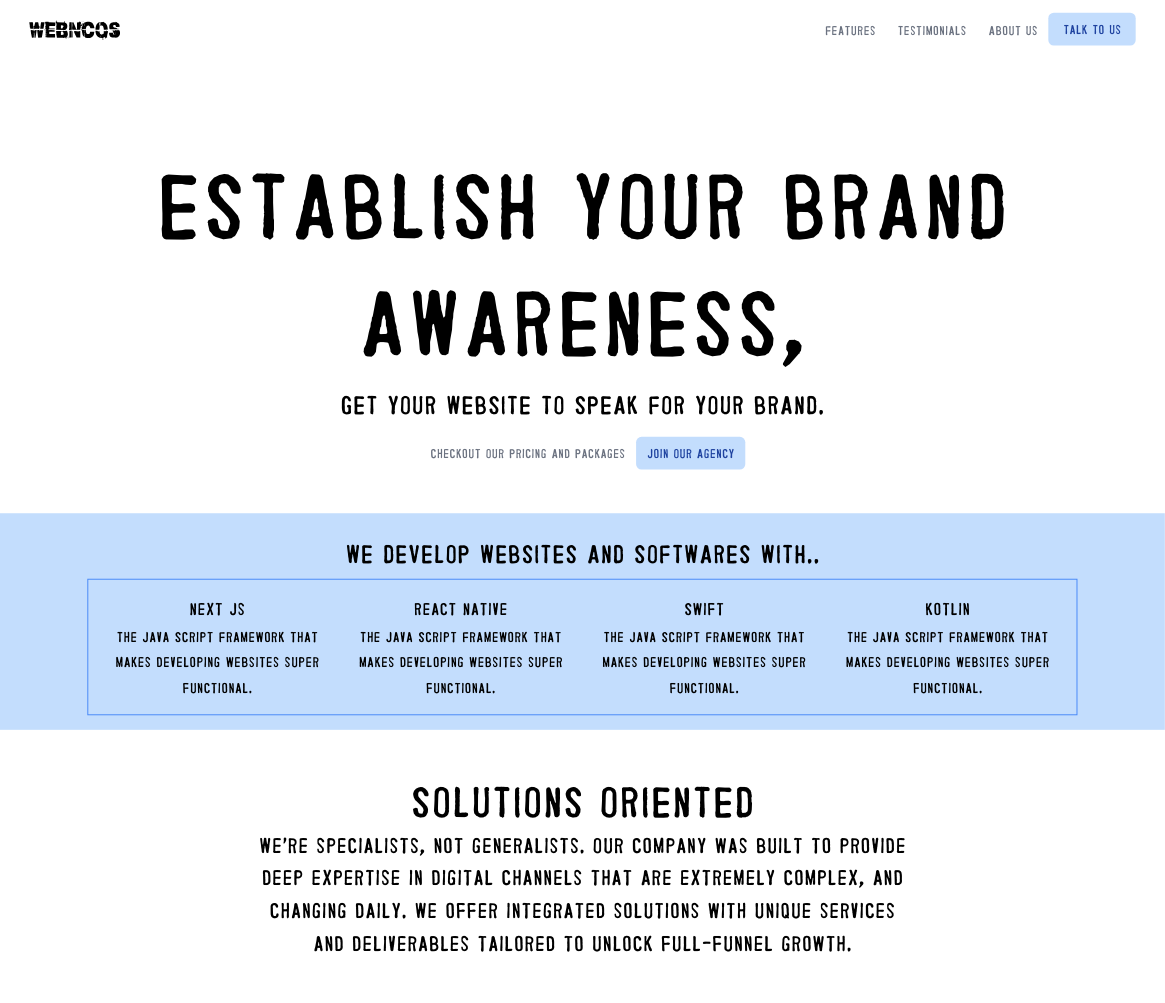
Repository: 1realjulius/webncos
Page: /
These files come from the project's save history. The page is drawn as it stood at one moment and after the next save; the edit follows.
The browser window is 1280 px wide. The pictures show the whole page, at 91% of full size.
The project was rebuilt for these pictures with package versions that can differ from the ones it lists, and the page was loaded fresh each time. The framework's server and built-in components were replaced by stand-ins that run in the browser. Also part of the build but not shown: next.config.js.

Above is the page before, as saved 2022-09-02 08:49:51.

### pages/index.tsx
import type { NextPage } from "next";
import Head from "next/head";
import ComingSoon from "../components/ComingSoon";
import MainHome from "../components/MainHome";
import NavigationBar from "../components/NavigationBar";

const Home: NextPage = () => {
  return (
    <div className="flex min-h-screen flex-col font-parcel">
      <Head>
        <title>Webncos</title>
        <meta
          name="description"
          content="Website and Software Development Agency."
        />
        <meta property="og:type" content="website" />
        <meta property="og:url" content="https://www.webncos.com/" />
        <meta
          property="og:title"
          content="Webncos — Website and Software Development Agency."
        />
        <meta
          property="og:description"
          content="Website and Software Development Agency."
        />
        {/* <meta property="og:image" content="/Assets/newmemoji.svg"/> */}
        {/* <meta property="twitter:card" content="/Assets/Julius_Eghan.jpg"/> */}
        <meta property="twitter:url" content="https://www.webncos.com/" />
        <meta
          property="twitter:title"
          content="Webncos — Website and Software Development Agency."
        />
        <meta
          property="twitter:description"
          content="Website and Software Development Agency."
        />
        {/* <meta property="twitter:image" content="/Assets/Julius_Eghan.jpg"/> */}
        <link rel="icon" href="/favicon.ico" />
        <link
          rel="apple-touch-icon"
          sizes="180x180"
          href="/apple-touch-icon.png"
        />
        <link
          rel="icon"
          type="image/png"
          sizes="32x32"
          href="/favicon-32x32.png"
        />
        <link
          rel="icon"
          type="image/png"
          sizes="16x16"
          href="/favicon-16x16.png"
        />
        <link rel="manifest" href="/site.webmanifest" />
        {/* <meta name="google-site-verification" content="0HesePHVymRqGiL70HUKPIq0Zsap0uUIb_Ci0DpImRY" /> */}
        <meta
          name="theme-color"
          content="#2563eb"
          media="(prefers-color-scheme: light)"
        />
        <meta
          name="theme-color"
          content="#2563eb"
          media="(prefers-color-scheme: dark)"
        />
      </Head>
      <NavigationBar />
      <MainHome />
    </div>
  );
};

export default Home;

### styles/globals.css
@tailwind base;
@tailwind components;
@tailwind utilities;

@layer base{
      @font-face{
        font-family: 'ApercuBold';
        src: url("/Fonts/ApercuPro-Bold.woff") format("woff"),url("/Fonts/ApercuPro-Bold.woff2") format("woff2");
      }
      @font-face{
        font-family: 'ApercuMedium';
        src: url("/Fonts/ApercuPro-Medium.woff") format("woff"),url("/Fonts/ApercuPro-Medium.woff2") format("woff2");
      }
      @font-face{
        font-family: 'circularBlack';
        src: url("/Fonts/circular-black.woff2") format("woff2");
      }
      @font-face{
        font-family: 'circularBold';
        src: url("/Fonts/circular-bold.woff2") format("woff2");
      }
      @font-face{
        font-family: 'circularBook';
        src: url("/Fonts/circular-book.woff2") format("woff2");
      }
      @font-face{
        font-family: 'circularMedium';
        src: url("/Fonts/circular-medium.woff2") format("woff2");
      }
      @font-face{
        font-family: 'parcel';
        src: url("/Fonts/parcel.woff2") format("woff2"), url("/Fonts/parcel.woff") format("woff");
      }
    }

### components/MainHome.tsx
import Link from "next/link";
import React from "react";
import Image from "next/image";
import FeatureImg from "/Assets/Julius_Eghan.jpg";
import FImg from "/Assets/Julius_Eghan.jpg";

const MainHome = () => {
  return (
    <div>
      {/* header */}
      <div>
        <div className=" flex flex-col items-center justify-center mt-20 mb-10">
          <div className="pt-4 pb-2">
            <h1 className="text-6xl md:text-9xl text-center font-parcel px-2">
              ESTABLISH YOUR BRAND AWARENESS,
            </h1>
          </div>
          <div className="pb-2">
            <h2 className="text-2xl md:text-4xl font-parcel px-2">
              GET YOUR WEBSITE TO SPEAK FOR YOUR BRAND.
            </h2>
          </div>
          <div className="flex flex-col md:flex-row items-center">
            <div className="px-3 py-1 my-2">
              <Link href="#">
                <h3 className="text-gray-500 hover:text-gray-900 cursor-pointer text-lg">
                  Checkout Our Pricing And Packages
                </h3>
              </Link>
            </div>
            <Link href="#">
              <div className="px-3 py-1 rounded-md bg-blue-200 active:bg-blue-300 my-2 cursor-pointer">
                <h3 className="text-blue-800 text-lg">Join Our Agency</h3>
              </div>
            </Link>
          </div>
        </div>
      </div>
      {/* We develop brands */}
      <div className="flex flex-col bg-blue-200 p-4 px-4 md:px-24 items-center justify-center">
        <div className="py-2">
          <h1 className="text-2xl md:text-4xl">
            WE DEVELOP WEBSITES AND SOFTWARES WITH..
          </h1>
        </div>
        <div className="p-2 flex flex-col md:flex-row border border-blue-500">
          <div className="flex flex-row">
            <div className="p-2 text-center">
              <div>
                <h1 className="text-2xl">Next Js</h1>
              </div>
              <div>
                <p className="text- base md:text-xl">The Java Script Framework that makes developing websites super
                functional.</p>
              </div>
            </div>
            <div className="p-2 text-center">
              <div>
                <h1 className="text-2xl">React Native</h1>
              </div>
              <div>
                <p className="text- base md:text-xl">The Java Script Framework that makes developing websites super
                functional.</p>
              </div>
            </div>
          </div>
          <div className=" flex flex-row">
            <div className="p-2 text-center">
              <div>
                <h1 className="text-2xl">Swift</h1>
              </div>
              <div>
                <p className="text- base md:text-xl">The Java Script Framework that makes developing websites super
                functional.</p>
              </div>
            </div>
            <div className="p-2 text-center">
              <div>
                <h1 className="text-2xl">Kotlin</h1>
              </div>
              <div>
                <p className="text- base md:text-xl">The Java Script Framework that makes developing websites super
                functional.</p>
              </div>
            </div>
          </div>
        </div>
      </div>
      {/* Fameworks Used */}
      <div className="py-12">
        <div className="flex flex-col items-center justify-center mx-4">
          <h1 className="text-2xl md:text-6xl">SOLUTIONS ORIENTED</h1>
          <p className="text-center md:text-3xl">
            We’re specialists, not generalists. Our company was built to provide <br />
            deep expertise in digital channels that are extremely complex, and <br />
            changing daily. We offer integrated solutions with unique services <br />
            and deliverables tailored to unlock full-funnel growth.
          </p>
        </div>
      </div>
      {/* Services We offer (Features) */}
      <div></div>
      {/* Testimonials */}
      <div></div>
      {/* FAQs */}
      <div></div>
      {/* Other Sections */}
      <div></div>
    </div>
  );
};

export default MainHome;

### components/NavigationBar.tsx
/* This example requires Tailwind CSS v2.0+ */
import { Fragment } from "react";
import { Disclosure, Menu, Transition } from "@headlessui/react";
import { BellIcon, MenuIcon, XIcon } from "@heroicons/react/outline";
import Link from "next/link";
import Image from "next/image";

function classNames(...classes: string[]) {
  return classes.filter(Boolean).join(" ");
}

export default function NavigationBar() {
  return (
    <Disclosure as="nav" className="bg-white">
      {({ open }) => (
        <>
          <div className="max-w-7xl mx-auto px-4 sm:px-6 lg:px-8">
            <div className="flex justify-between h-16">
              <div className="flex">
                <div className="flex-shrink-0 flex items-center">
                  {/* the logo */}
                  <Link href="#">
                    <Image
                      src="/Assets/webncos-logo-lg.svg"
                      width={100}
                      height={22}
                      alt="webncos logo"
                      className=""
                    />
                  </Link>
                </div>
                <div className="hidden sm:ml-6 sm:flex sm:space-x-8"></div>
              </div>
              <div className="hidden sm:ml-6 sm:flex sm:items-center">
                <a
                  href="#"
                  className="text-gray-500 text-lg hover:text-gray-900 inline-flex items-center px-3 pt-1 "
                >
                  Features
                </a>
                <a
                  href="#"
                  className=" text-gray-500 hover:text-gray-900 inline-flex items-center px-3 pt-1  text-lg"
                >
                  Testimonials
                </a>
                <a
                  href="#"
                  className=" text-gray-500 hover:text-gray-900 inline-flex items-center px-3 pt-1  text-lg"
                >
                  About Us
                </a>
                <Link href="#">
                  <div className="px-4 py-1 bg-blue-200 active:bg-blue-300 rounded-md cursor-pointer">
                    <h2 className="text-blue-800 text-lg">Talk To Us</h2>
                  </div>
                </Link>
              </div>
              <div className="-mr-2 flex items-center sm:hidden">
                {/* Mobile menu button */}
                <Disclosure.Button className="inline-flex items-center justify-center p-2 rounded-full text-gray-400 hover:text-gray-500 hover:bg-gray-100 ">
                  <span className="sr-only">Open main menu</span>
                  {open ? (
                    <XIcon className="block h-6 w-6" aria-hidden="true" />
                  ) : (
                    <MenuIcon className="block h-6 w-6" aria-hidden="true" />
                  )}
                </Disclosure.Button>
              </div>
            </div>
          </div>

          <Disclosure.Panel className="sm:hidden border-2 rounded-lg px-2 mx-2">
            <div className="flex flex-col pt-2 space-y-1 items-center">
              <a
                className="hover:bg-gray-100 w-full text-center py-2 rounded-md text-lg"
                href="#"
              >
                Features
              </a>
              <a
                className="hover:bg-gray-100 w-full text-center py-2 rounded-md text-lg"
                href="#"
              >
                Testimonials
              </a>
              <a
                className="hover:bg-gray-100 w-full text-center py-2 rounded-md text-lg"
                href="#"
              >
                About Us
              </a>
            </div>
            <div className="flex py-2 items-center justify-center">
              <Link href="#">
                <div className="px-3 py-1 bg-blue-200 active:bg-blue-300 rounded-md cursor-pointer">
                  <h2 className="text-blue-800 text-lg">Contact Us</h2>
                </div>
              </Link>
            </div>
          </Disclosure.Panel>
        </>
      )}
    </Disclosure>
  );
}

### tailwind.config.js
/** @type {import('tailwindcss').Config} */
module.exports = {
  content: [
    './pages/**/*.{js,ts,jsx,tsx}',
    './components/**/*.{js,ts,jsx,tsx}',
    "./node_modules/flowbite-react/**/*.js",
  ],
  theme: {
    extend: {
      fontFamily: {
        ApercuBold: 'ApercuBold, sans',
        ApercuMedium: 'ApercuMedium, sans',
        circularBlack: 'circularBlack, sans',
        circularBold: 'circularBold, sans',
        circularBook: 'circularBook, sans',
        circularMedium: 'circularMedium, sans',
        parcel: 'parcel, sans',
      },
    },
  },
  plugins: [
    require("flowbite/plugin")
  ],
}

Loaded but not shown: pages/_app.tsx (common file)

After the next save:
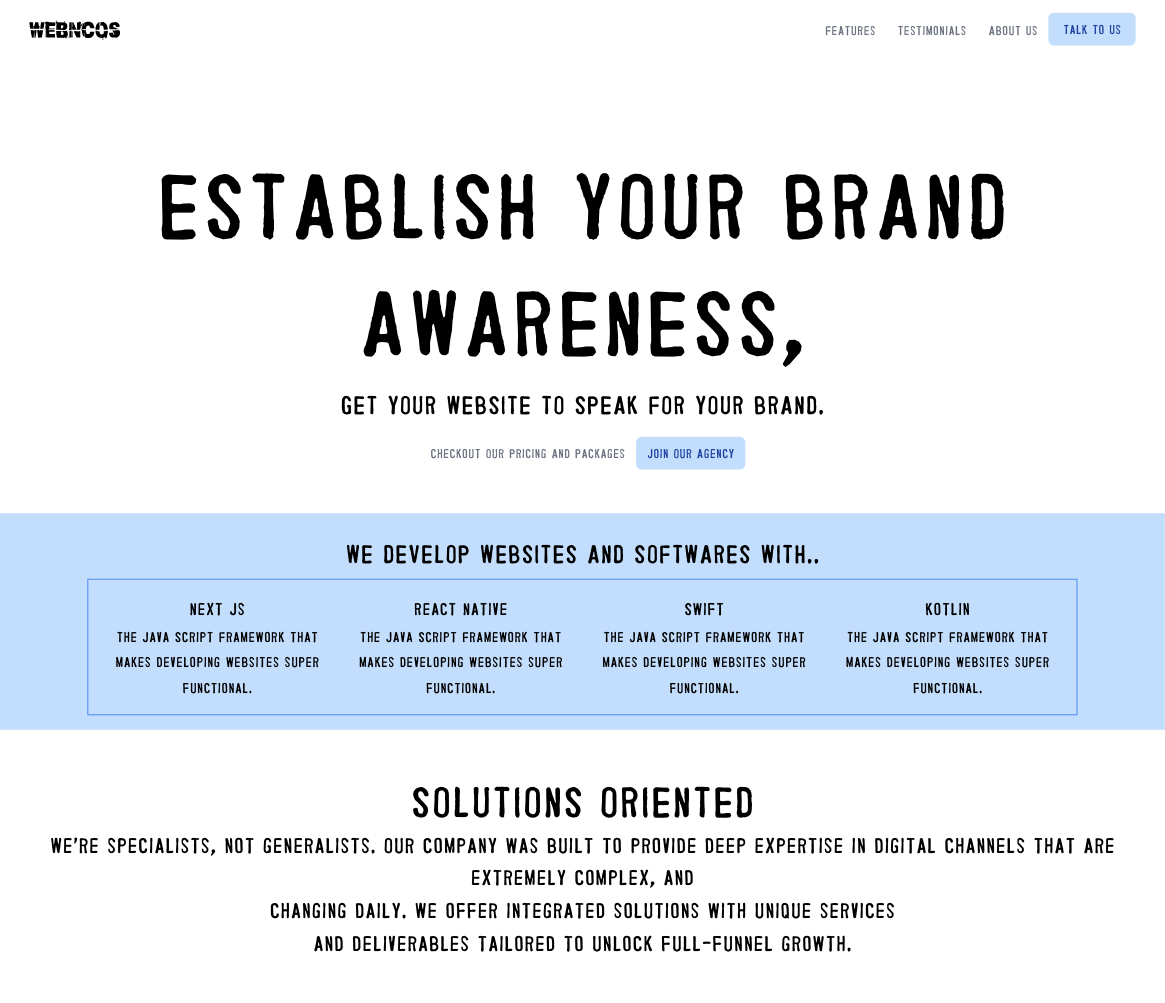
Saved 41 s later.
--- a/components/MainHome.tsx
+++ b/components/MainHome.tsx
@@ -91,7 +91,7 @@
         <div className="flex flex-col items-center justify-center mx-4">
           <h1 className="text-2xl md:text-6xl">SOLUTIONS ORIENTED</h1>
           <p className="text-center md:text-3xl">
-            We’re specialists, not generalists. Our company was built to provide <br />
+            We’re specialists, not generalists. Our company was built to provide <br className="block md:hidden"/>
             deep expertise in digital channels that are extremely complex, and <br />
             changing daily. We offer integrated solutions with unique services <br />
             and deliverables tailored to unlock full-funnel growth.

After the save that followed:
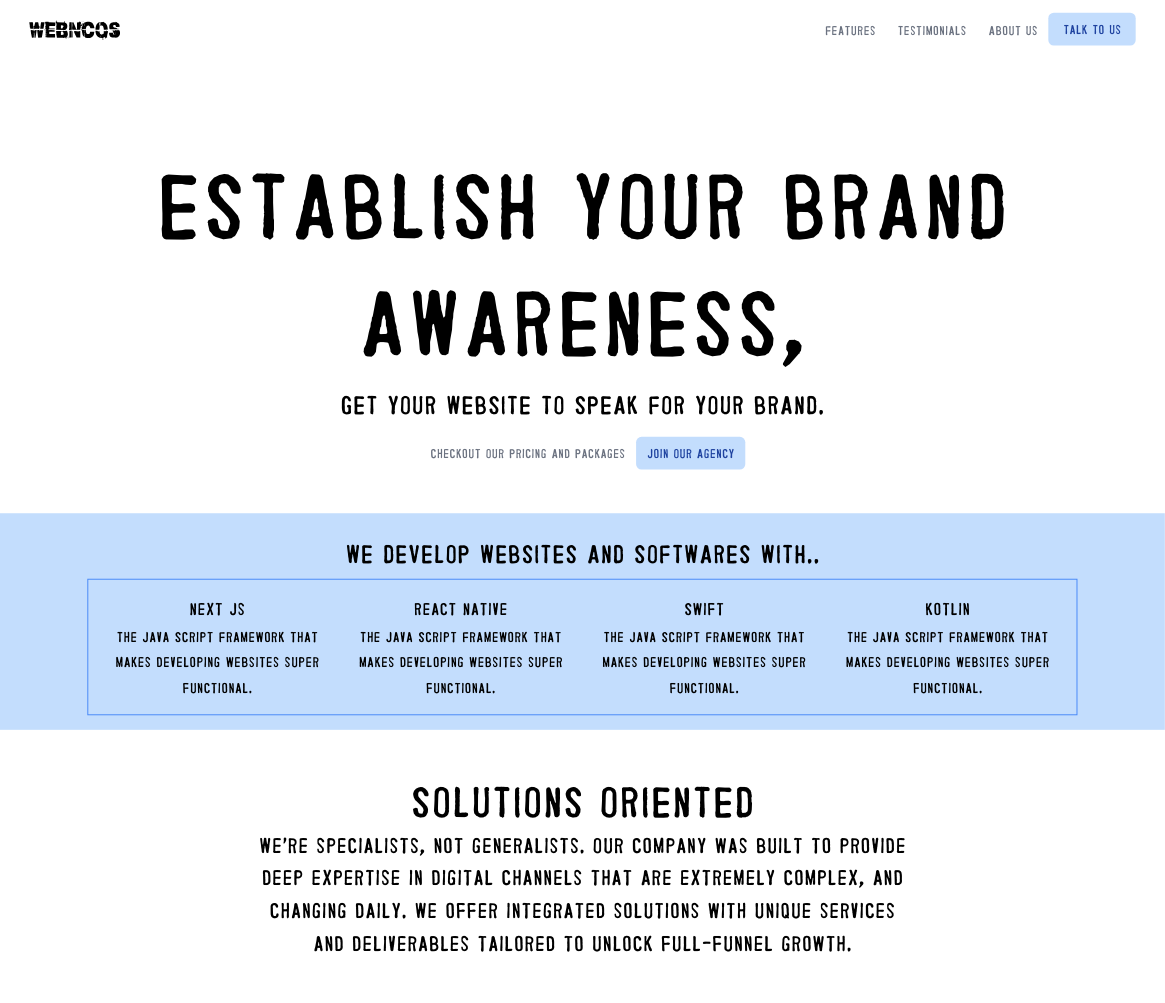
Saved 26 s later.
--- a/components/MainHome.tsx
+++ b/components/MainHome.tsx
@@ -91,7 +91,7 @@
         <div className="flex flex-col items-center justify-center mx-4">
           <h1 className="text-2xl md:text-6xl">SOLUTIONS ORIENTED</h1>
           <p className="text-center md:text-3xl">
-            We’re specialists, not generalists. Our company was built to provide <br className="block md:hidden"/>
+            We’re specialists, not generalists. Our company was built to provide <br className="hidden md:block"/>
             deep expertise in digital channels that are extremely complex, and <br />
             changing daily. We offer integrated solutions with unique services <br />
             and deliverables tailored to unlock full-funnel growth.
